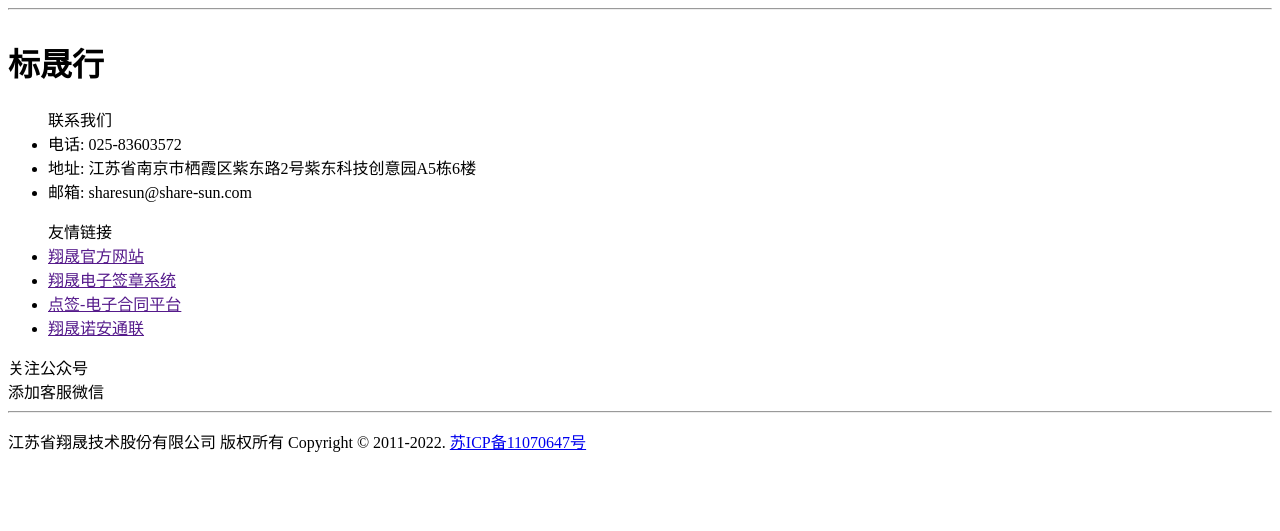
Repository: cn-cherry/bsx-official-website
Page: bsxow/html/footer.html
An editor plug-in stored every save of this project. The page is shown before and after the next save, followed by the edit.
The browser window is 1280 px wide. The pictures show the whole page.

Above is the page before, as saved 2022-06-17 12:54:35.

After the next save:
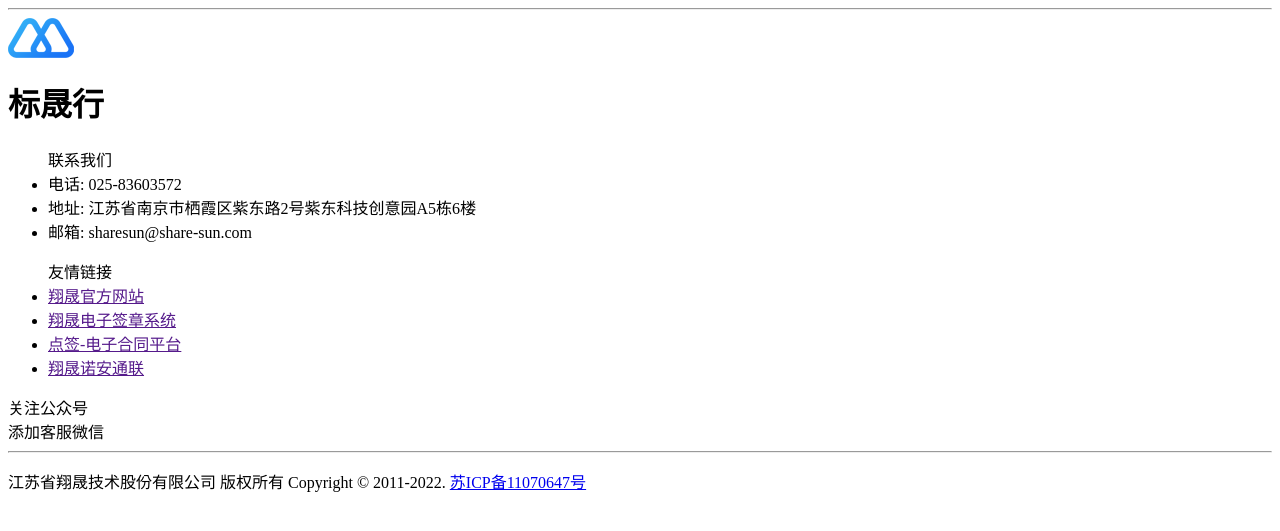
Saved 5 min 40 s later.
--- a/bsxow/html/footer.html
+++ b/bsxow/html/footer.html
@@ -1,48 +1,48 @@
 <footer class="footer">
-  <div class="container">
-    <hr />
-    <div class="row pt-5">
-      <div class="col-lg-3 col-sm-12 mb-4">
-        <img src="" alt="" />
-        <h1 class="footer-item">标晟行</h1>
-      </div>
+    <div class="container">
+        <hr />
+        <div class="row pt-5">
+            <div class="col-lg-3 col-sm-12 mb-4">
+                <img src="../assets/logo2.png" alt="" />
+                <h1 class="footer-item">标晟行</h1>
+            </div>
 
-      <div class="col-lg-3 col-sm-12 mb-4">
-        <ul>
-          <span class="footer-item">联系我们</span>
-          <li class="footer-subitem">电话: 025-83603572</li>
-          <li class="footer-subitem">地址: 江苏省南京市栖霞区紫东路2号紫东科技创意园A5栋6楼</li>
-          <li class="footer-subitem">邮箱: sharesun@share-sun.com</li>
-        </ul>
-      </div>
+            <div class="col-lg-3 col-sm-12 mb-4">
+                <ul>
+                    <span class="footer-item">联系我们</span>
+                    <li class="footer-subitem">电话: 025-83603572</li>
+                    <li class="footer-subitem">地址: 江苏省南京市栖霞区紫东路2号紫东科技创意园A5栋6楼</li>
+                    <li class="footer-subitem">邮箱: sharesun@share-sun.com</li>
+                </ul>
+            </div>
 
-      <div class="col-lg-2 col-sm-12 mb-4">
-        <ul>
-          <span class="footer-item">友情链接</span>
-          <li><a class="footer-subitem" href="">翔晟官方网站</a></li>
-          <li><a class="footer-subitem" href="">翔晟电子签章系统</a></li>
-          <li><a class="footer-subitem" href="">点签-电子合同平台</a></li>
-          <li><a class="footer-subitem" href="">翔晟诺安通联</a></li>
-        </ul>
-      </div>
+            <div class="col-lg-2 col-sm-12 mb-4">
+                <ul>
+                    <span class="footer-item">友情链接</span>
+                    <li><a class="footer-subitem" href="">翔晟官方网站</a></li>
+                    <li><a class="footer-subitem" href="">翔晟电子签章系统</a></li>
+                    <li><a class="footer-subitem" href="">点签-电子合同平台</a></li>
+                    <li><a class="footer-subitem" href="">翔晟诺安通联</a></li>
+                </ul>
+            </div>
 
-      <div class="col-lg-2 col-sm-12 mb-4">
-        <span class="footer-item">关注公众号</span>
-        <img src="" alt="" />
-      </div>
+            <div class="col-lg-2 col-sm-12 mb-4">
+                <span class="footer-item">关注公众号</span>
+                <img src="" alt="" />
+            </div>
 
-      <div class="col-lg-2 col-sm-12 mb-4">
-        <span class="footer-item">添加客服微信</span>
-        <img src="" alt="" />
-      </div>
+            <div class="col-lg-2 col-sm-12 mb-4">
+                <span class="footer-item">添加客服微信</span>
+                <img src="" alt="" />
+            </div>
+        </div>
+
+        <hr style="color: rgba(203, 204, 207, 1)" />
+        <div class="row pt-2 pb-4 footer-subitem">
+            <p class="text-center">
+                江苏省翔晟技术股份有限公司 版权所有 Copyright © 2011-2022.
+                <a href="https://beian.miit.gov.cn/#/Integrated/index">苏ICP备11070647号</a>
+            </p>
+        </div>
     </div>
-
-    <hr style="color: rgba(203, 204, 207, 1)" />
-    <div class="row pt-2 pb-4 footer-subitem">
-      <p class="text-center">
-        江苏省翔晟技术股份有限公司 版权所有 Copyright © 2011-2022.
-        <a href="https://beian.miit.gov.cn/#/Integrated/index">苏ICP备11070647号</a>
-      </p>
-    </div>
-  </div>
 </footer>
